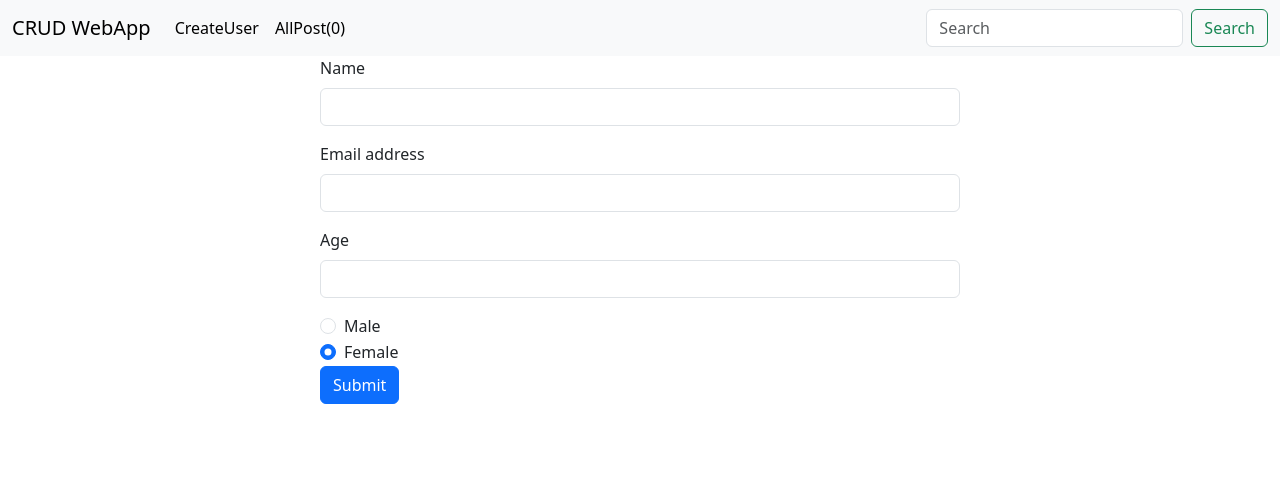
Repository: suraj-yadav7/createpost-redux
Page: /
An editor plug-in stored every save of this project. The page is shown before and after the next save, followed by the edit.
The browser window is 1280 px wide. The pictures show the whole page.
The project was rebuilt for these pictures with package versions that can differ from the ones it lists, and the page was loaded fresh each time. Also part of the build but not shown: vite.config.js, src/App.css, src/assets/viewuser.css, src/components/ViewUser.jsx, src/components/UpdateUser.jsx, src/components/Read.jsx, src/index.css.

Above is the page before, as saved 2023-05-22 10:14:07.

### index.html
<!DOCTYPE html>
<html lang="en">
  <head>
    <meta charset="UTF-8" />
    <link rel="icon" type="image/svg+xml" href="/vite.svg" />
    <meta name="viewport" content="width=device-width, initial-scale=1.0" />
    <link href="https://cdn.jsdelivr.net/npm/bootstrap@5.3.0-alpha3/dist/css/bootstrap.min.css" rel="stylesheet" integrity="sha384-KK94CHFLLe+nY2dmCWGMq91rCGa5gtU4mk92HdvYe+M/SXH301p5ILy+dN9+nJOZ" crossorigin="anonymous">
    <title>CRUD WebApp</title>
  </head>
  <body>
    <div id="root"></div>
    <script type="module" src="/src/main.jsx"></script>
    <script src="https://cdn.jsdelivr.net/npm/bootstrap@5.3.0-alpha3/dist/js/bootstrap.bundle.min.js" integrity="sha384-ENjdO4Dr2bkBIFxQpeoTz1HIcje39Wm4jDKdf19U8gI4ddQ3GYNS7NTKfAdVQSZe" crossorigin="anonymous"></script>
  </body>
</html>
  </body>
</html>

### src/main.jsx
import React from 'react'
import ReactDOM from 'react-dom/client'
import App from './App.jsx'
import './index.css'
import { Provider } from 'react-redux'
import store from "./store/store.jsx"

ReactDOM.createRoot(document.getElementById('root')).render(
  <Provider store={store}>
    <App />
  </Provider>
)

### src/App.jsx
import React, { useState } from 'react'
import './App.css'
import Navbar from './components/Navbar'
import Read from './components/Read'
import UpdateUser from "./components/UpdateUser"
import { BrowserRouter as Router,Routes,Route } from 'react-router-dom'
import CreateData from './components/CreateData.jsx'

function App() {

  return (
    <>
    <Router>
    <Navbar />
    <Routes>
    <Route exact path="/" element={<CreateData />} />
    <Route exact path="/read" element={<Read />} />
    <Route exact path="/edit/:id" element={<UpdateUser />} />
    </Routes>
    </Router>
    </>
  )
}

export default App

### src/store/store.jsx
import { configureStore } from "@reduxjs/toolkit";
import userDetail from "./slice/userDetail"

const store = configureStore({
    reducer:{
        users:userDetail
    }
})

export default store;

### src/components/Navbar.jsx
import React from 'react'
import { useSelector } from 'react-redux'
import { Link } from 'react-router-dom'

const Navbar = () => {
  const allusers = useSelector((state)=>state.users.user)
  return (
    <>
      <nav className="navbar navbar-expand-lg bg-body-tertiary">
        <div className="container-fluid">
          <Link to="/" className="navbar-brand" >CRUD WebApp</Link>
          <button className="navbar-toggler" type="button" data-bs-toggle="collapse" data-bs-target="#navbarSupportedContent" aria-controls="navbarSupportedContent" aria-expanded="false" aria-label="Toggle navigation">
            <span className="navbar-toggler-icon"></span>
          </button>
          <div className="collapse navbar-collapse" id="navbarSupportedContent">
            <ul className="navbar-nav me-auto mb-2 mb-lg-0">
              <li className="nav-item">
                <Link to="/" className="nav-link active" aria-current="page" >CreateUser</Link>
              </li>
              <li className="nav-item">
                <Link to="/read" className="nav-link active" >AllPost({allusers.length})</Link>
              </li>
            </ul>
            <form className="d-flex" role="search">
              <input className="form-control me-2" type="search" placeholder="Search" aria-label="Search" />
              <button className="btn btn-outline-success" type="submit">Search</button>
            </form>
          </div>
        </div>
      </nav>
    </>
  )
}

export default Navbar

### src/components/CreateData.jsx
import React, {useState} from 'react'
import { useDispatch } from 'react-redux'
import { useNavigate } from 'react-router-dom'
import { createUser } from '../store/slice/userDetail'


const CreateData = () => {

    const [data, SetData]=useState({})
    const handleData= (e)=>{
        SetData({...data, [e.target.name]:e.target.value})
        console.log(data)
    }

    const dispatch = useDispatch()
    const navigate = useNavigate()

    const handleSubmit = (e)=>{
        e.preventDefault()
        dispatch(createUser(data))
        navigate("/read")
    }
    return (
        <>
            <form className='w-50 mx-auto' onSubmit={handleSubmit}>
                <div className="mb-3">
                    <label for="exampleInputEmail1" className="form-label">Name</label>
                    <input type="text" className="form-control" name="name" onChange={handleData} id="exampleInputEmail1" aria-describedby="emailHelp" />
                </div>
                <div className="mb-3">
                    <label for="exampleInputEmail1" className="form-label">Email address</label>
                    <input type="email" className="form-control" name="email" onChange={handleData} id="exampleInputEmail1" aria-describedby="emailHelp" />
                </div>
                <div className="mb-3">
                    <label for="exampleInputEmail1" className="form-label">Age</label>
                    <input type="text" className="form-control" name="age" onChange={handleData} id="exampleInputEmail1" aria-describedby="emailHelp" />
                </div>
                <div className='mx-auto'>
                    <div className="form-check">
                        <input className="form-check-input" type="radio" name="gender" value="male" onChange={handleData} id="flexRadioDefault1" />
                        <label className="form-check-label"  for="flexRadioDefault1">
                            Male
                        </label>
                    </div>
                    <div className="form-check">
                        <input className="form-check-input" type="radio" name="gender" value="female" onChange={handleData} id="flexRadioDefault2" checked />
                        <label className="form-check-label" for="flexRadioDefault2">
                            Female
                        </label>
                    </div>
                </div>
                <button type="submit" className="btn btn-primary" >Submit</button>
            </form>
        </>
    )
}

export default CreateData

### src/store/slice/userDetail.jsx
import { createSlice, createAsyncThunk } from "@reduxjs/toolkit";

// Creating a user
export const createUser = createAsyncThunk("createUser", async(data, {rejectWithValue})=>{
    let response = await fetch("https://646273424dca1a661346b571.mockapi.io/crud",{
    method:"POST",
    headers:{
        "content-type":"application/json"
    },
    body:JSON.stringify(data)
                })

    try{
        let apiData = await response.json()
        console.log("The dat in createuser", apiData)
        return apiData
    }
    catch(error){
        rejectWithValue(error)
    }
} )

// reading user data in allUser page
export const showUser = createAsyncThunk("showUser", async(arg,{rejectWithValue})=>{
    let response = await fetch("https://646273424dca1a661346b571.mockapi.io/crud")
    try{
        let apiData = await response.json()
        // console.log("the fetched", apiData)
        return apiData
    }
    catch(error){
        rejectWithValue(error)
    }
})

// Deleting user from database
export const deleteUser = createAsyncThunk("deleteUser", async(id,{rejectWithValue})=>{
    let response = await fetch(`https://646273424dca1a661346b571.mockapi.io/crud/${id}`,{
        method:"DELETE"
    })
    try{
        let apiData = await response.json()
        // console.log("the fetched", apiData)
        return apiData
    }
    catch(error){
        rejectWithValue(error)
    }
})

// Handling update user-data
export const updateUser = createAsyncThunk("editUser", async(data,{rejectWithValue})=>{
    let response = await fetch(`https://646273424dca1a661346b571.mockapi.io/crud/${data.id}`,{
        method:"PUT",
        headers:{
            "content-type":"application/json"
        },
        body:JSON.stringify(data)
                    })
    console.log(response)
    try{
        let apiData = await response.json()
        // console.log("the fetched", apiData)
        return apiData
    }
    catch(error){
        rejectWithValue(error)
    }
})

const userDetail= createSlice({
    name:"userDetail",
    initialState:{
        user:[],
        loading:false,
        error:null,
    },
    reducers:{
        update(state,action){
            state.user=action.payload
        }
    },

    extraReducers:{
        // handling create new user
        [createUser.pending]:(state)=>{
            state.loading=true
        },
        [createUser.fulfilled]:(state,action)=>{
            state.user.push(action.payload)
        },
        [createUser.rejected]:(state,action)=>{
            state.error=action.payload.message
        },
        // handling show user
        [showUser.pending]:(state)=>{
            state.loading=true
        },
        [showUser.fulfilled]:(state,action)=>{
            state.user= action.payload

        },
        [showUser.rejected]:(state,action)=>{
            state.error=action.payload
        },
        // handling delete existing user
        [deleteUser.pending]:(state)=>{
            state.loading=true
        },
        [deleteUser.fulfilled]:(state,action)=>{
            const {id} = action.payload
            if(id){
                state.user=state.user.filter((elem)=>elem.id !== id)
            }

        },
        [deleteUser.rejected]:(state,action)=>{
            state.error=action.payload
        },

        // Handling edit user data
        [updateUser.pending]:(state)=>{
            state.loading=true
        },
        [updateUser.fulfilled]:(state,action)=>{
            const {id} = action.payload
            if(id){
               state.user= state.user.map((elem)=>{
                elem.id === id ? action.payload : elem})
            }

        },
        [updateUser.rejected]:(state,action)=>{
            state.error=action.payload
        },
    }

})

export default userDetail.reducer
export const {update} = userDetail.actions

After the next save:
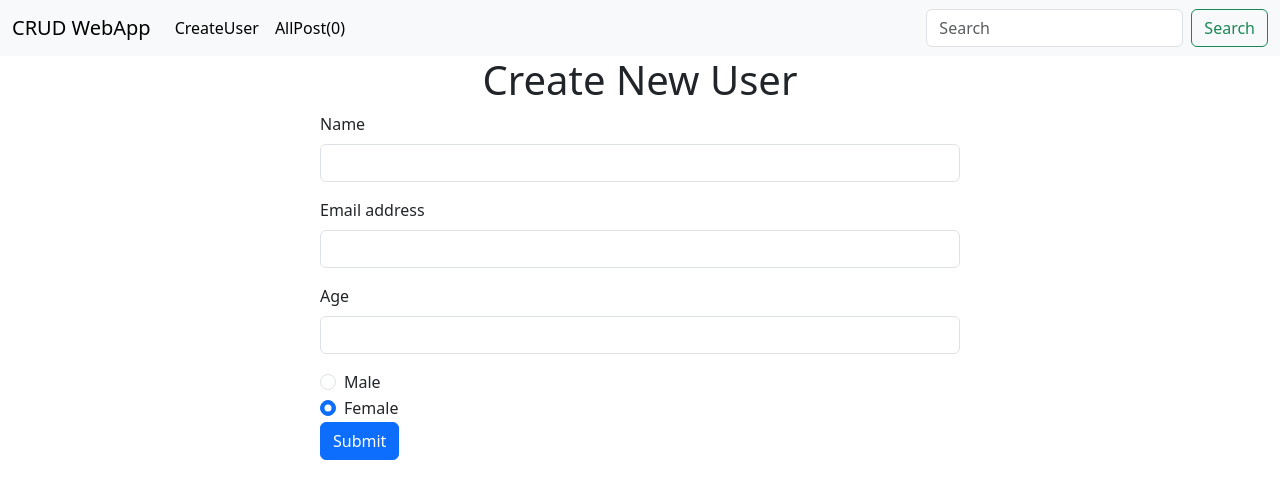
Saved 37 s later.
--- a/src/components/CreateData.jsx
+++ b/src/components/CreateData.jsx
@@ -22,6 +22,7 @@ const CreateData = () => {
     }
     return (
         <>
+             <h1 style={{textAlign:"center"}}>Create New User</h1>
             <form className='w-50 mx-auto' onSubmit={handleSubmit}>
                 <div className="mb-3">
                     <label for="exampleInputEmail1" className="form-label">Name</label>
